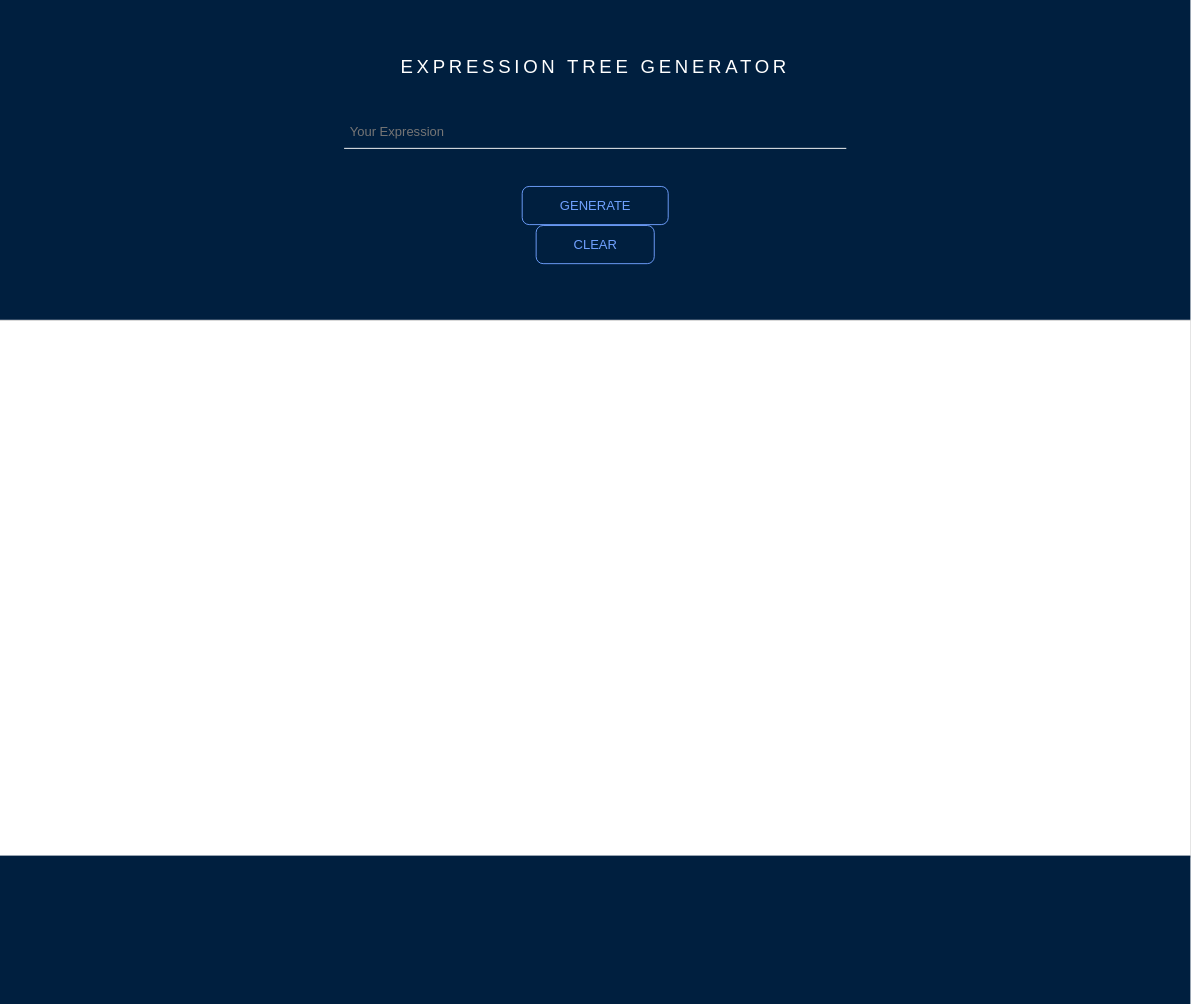
Repository: lnogueir/expression-tree-gen
Page: index.html
These files come from the project's save history. The page is drawn as it stood at one moment and after the next save; the edit follows.
The browser window is 1280 px wide. The page is 1281 px wide, so the pictures cover 1281 px, including what lies to the right of the window. The pictures show the whole page, at 93% of full size.

Above is the page before, as saved 2020-03-15 19:23:43.

After the next save:
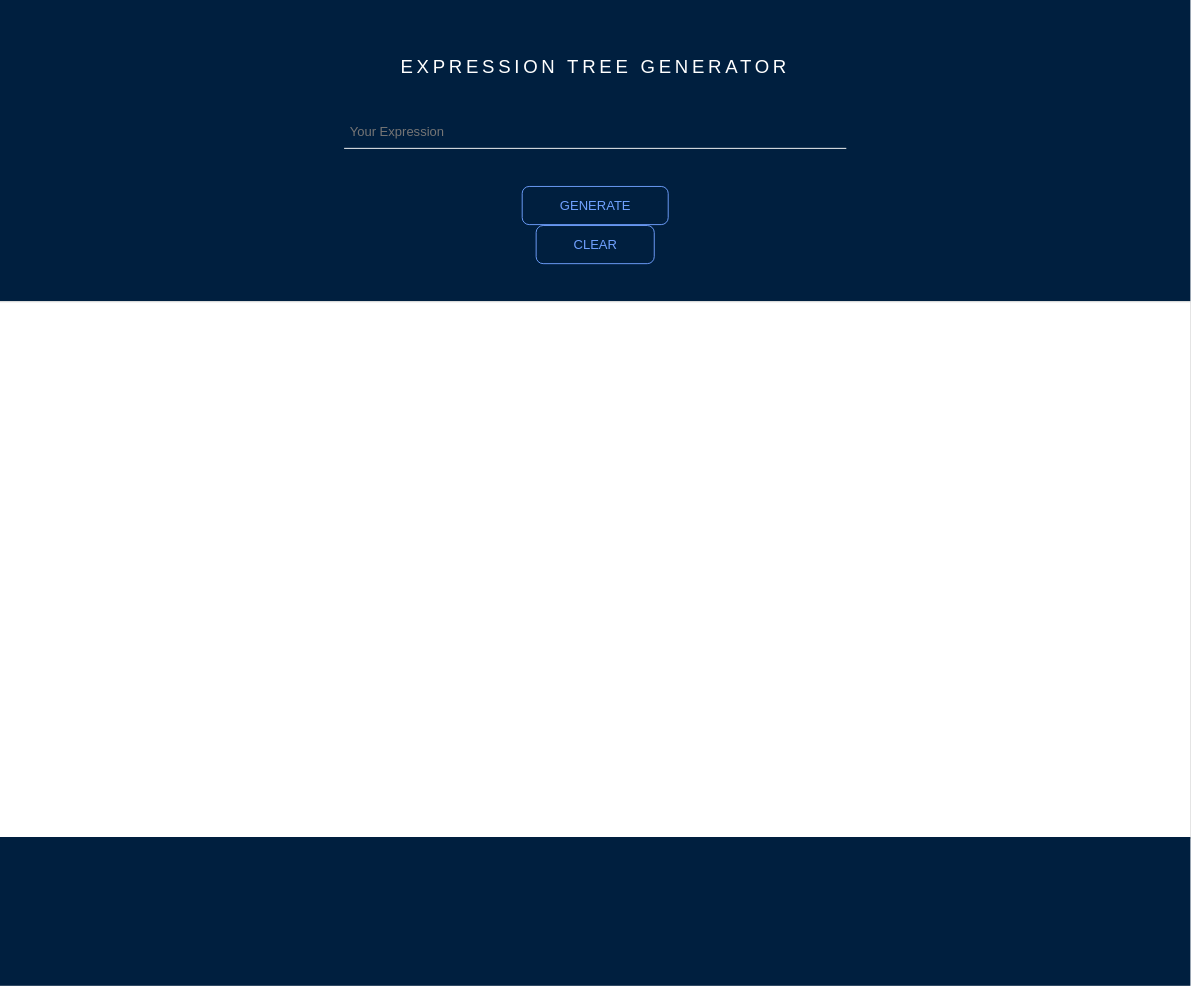
Saved 24 s later.
--- a/app.css
+++ b/app.css
@@ -6,7 +6,7 @@
   }
   .contact-section{
     background: #001f3f;
-    padding: 60px 0;
+    padding: 60px 0 40px 0;
     text-align: center;
   }
 
